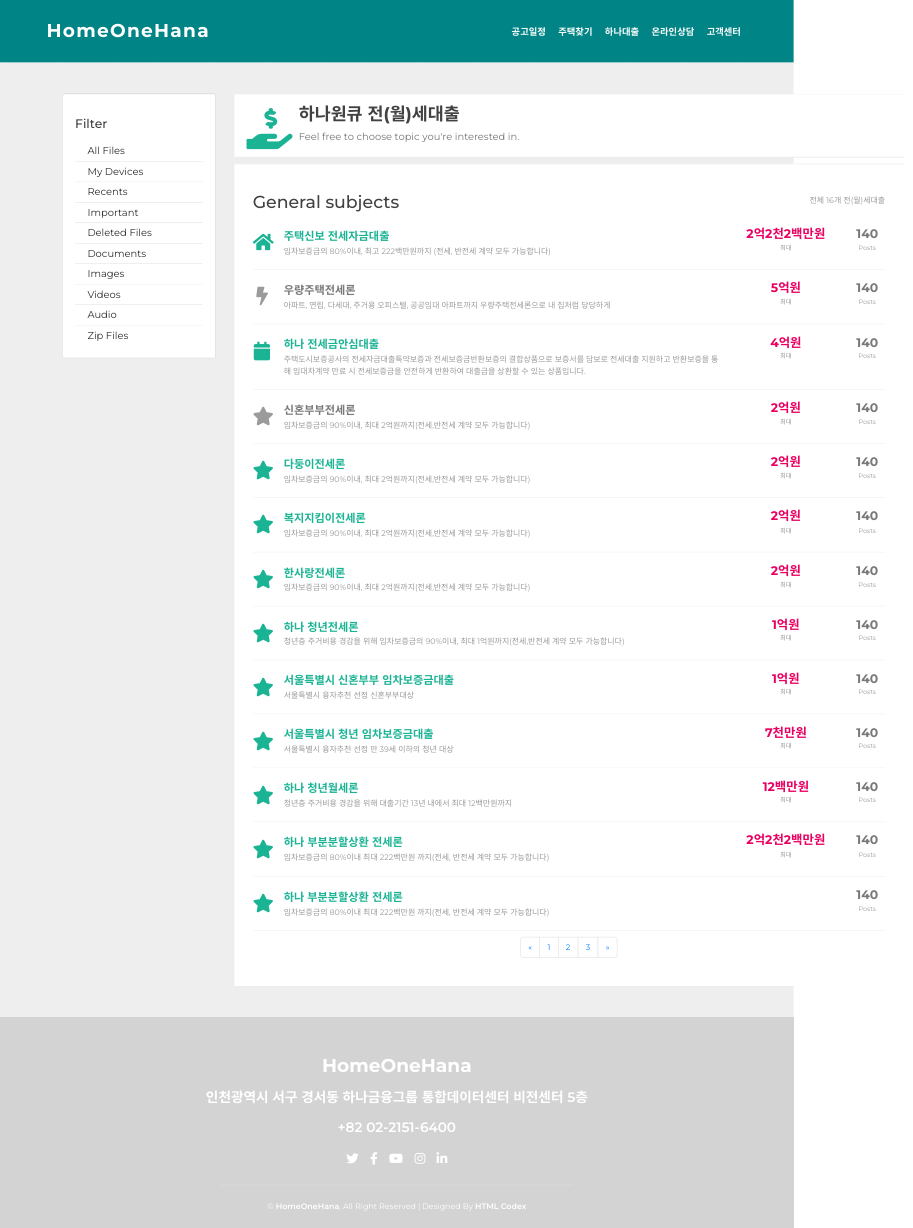
Repository: koposoftware/2021_10_syyoon
Page: http://localhost/HomeOneHana/WEB-INF/jsp/loan/loan.jsp
These files come from the project's save history. The page is drawn as it stood at one moment and after the next save; the edit follows.
The browser window is 1280 px wide. The page is 1473 px wide, so the pictures cover 1473 px, including what lies to the right of the window. The pictures show the whole page, at 62% of full size.
Some icons come from a web library that is not loaded, so they are not drawn. Some web libraries are served in a nearby version. The page is served by Tomcat 9. Nobody is signed in. Other server files are loaded and not shown. The template is opened directly, without the code that normally fills it, so the values that code supplies are empty.

Above is the page before, as saved 2021-09-14 05:12:50.

### project/Spring-mvc/HomeOneHana/src/main/webapp/WEB-INF/jsp/loan/loan.jsp
<%@ page language="java" contentType="text/html; charset=UTF-8"
    pageEncoding="UTF-8"%>
<!DOCTYPE html>
<html>
<head>
<meta charset="UTF-8">
<title>HomeOneHana::하나원큐 신용대출</title>
<link href="https://maxcdn.bootstrapcdn.com/font-awesome/4.3.0/css/font-awesome.min.css" rel="stylesheet">
<link href="${ pageContext.request.contextPath }/resources/css/top/menubg.css" rel="stylesheet">
<link href="${ pageContext.request.contextPath }/resources/css/loan/loan.css" rel="stylesheet">
</head>
<body>
	<header>
		<div class="limiter">
			<div class="container-login100">
				<div class="wrap-login100">
					<jsp:include page="../include/topMenu.jsp" />
				</div>
			</div>
		</div>

	</header>
	<section>
		<div class="body">
			<div class="container" style="display:flex;">
			<div class="col-12 col-lg-3">
				<div class="card">
					<div class="card-body">
						<div class="d-grid"><h5 class="my-3">Filter</h5></div>

						<div class="fm-menu">
							<div class="list-group list-group-flush"> <a href="javascript:;" class="list-group-item py-1"><i class="bx bx-folder me-2"></i><span>All Files</span></a>
								<a href="javascript:;" class="list-group-item py-1"><i class="bx bx-devices me-2"></i><span>My Devices</span></a>
								<a href="javascript:;" class="list-group-item py-1"><i class="bx bx-analyse me-2"></i><span>Recents</span></a>
								<a href="javascript:;" class="list-group-item py-1"><i class="bx bx-plug me-2"></i><span>Important</span></a>
								<a href="javascript:;" class="list-group-item py-1"><i class="bx bx-trash-alt me-2"></i><span>Deleted Files</span></a>
								<a href="javascript:;" class="list-group-item py-1"><i class="bx bx-file me-2"></i>
		                    <span>Documents</span></a>
								<a href="javascript:;" class="list-group-item py-1"><i class="bx bx-image me-2"></i><span>Images</span></a>
								<a href="javascript:;" class="list-group-item py-1"><i class="bx bx-video me-2"></i><span>Videos</span></a>
								<a href="javascript:;" class="list-group-item py-1"><i class="bx bx-music me-2"></i><span>Audio</span></a>
								<a href="javascript:;" class="list-group-item py-1"><i class="bx bx-beer me-2"></i><span>Zip Files</span></a>
							</div>
						</div>
					</div>
				</div>
				</div>


			    <div class="col-lg-12">
			        <div class="wrapper wrapper-content animated fadeInRight">

			            <div class="ibox-content m-b-sm border-bottom">
			                <div class="p-xs">
			                    <div class="pull-left m-r-md titleicon">
			                        <i class="fas fa-hand-holding-usd text-navy mid-icon"></i>
			                    </div>
			                    <h2>하나원큐 전(월)세대출</h2>
			                    <span>Feel free to choose topic you're interested in.</span>
			                </div>
			            </div>

			            <div class="ibox-content forum-container">

			                <div class="forum-title">
			                    <div class="pull-right forum-desc">
			                        <small>전체 16개 전(월)세대출</samll>
			                    </div>
			                    <h3>General subjects</h3>
			                </div>

			                <div class="forum-item active">
			                    <div class="row">
			                        <div class="col-md-9">
			                            <div class="forum-icon">
			                                <i class="fas fa-home"></i>
			                            </div>
			                            <a href="forum_post.html" class="forum-item-title">주택신보 전세자금대출</a>
			                            <div class="forum-sub-title">임차보증금의 80%이내, 최고 222백만원까지 (전세, 반전세 계약 모두 가능합니다)</div>
			                        </div>
			                        <div class="col-md-2 forum-info">
			                            <span class="views-number loanmax">
			                               2억2천2백만원
			                            </span>
			                            <div>
			                                <small>최대</small>
			                            </div>
			                        </div>

			                        <div class="col-md-1 forum-info">
			                            <span class="views-number">
			                                140
			                            </span>
			                            <div>
			                                <small>Posts</small>
			                            </div>
			                        </div>
			                    </div>
			                </div>

			                <div class="forum-item">
			                    <div class="row">
			                        <div class="col-md-9">
			                            <div class="forum-icon">
			                                <i class="fa fa-bolt"></i>
			                            </div>
			                            <a href="forum_post.html" class="forum-item-title">우량주택전세론</a>
			                            <div class="forum-sub-title">아파트, 연립, 다세대, 주거용 오피스텔, 공공임대 아파트까지 우량주택전세론으로 내 집처럼 당당하게</div>
			                        </div>
			                        <div class="col-md-2 forum-info">

				                            <span class="views-number loanmax">
				                               5억원
				                            </span>
				                            <div>
				                                <small>최대</small>
				                            </div>
				                     </div>


				                        <div class="col-md-1 forum-info">
				                            <span class="views-number">
				                                140
				                            </span>
				                            <div>
				                                <small>Posts</small>
				                            </div>
			                            </div>

			                    </div>
			                </div>
			                <div class="forum-item active">
			                    <div class="row">
			                        <div class="col-md-9">
			                            <div class="forum-icon">
			                                <i class="fa fa-calendar"></i>
			                            </div>
			                            <a href="forum_post.html" class="forum-item-title">하나 전세금안심대출</a>
			                            <div class="forum-sub-title">주택도시보증공사의 전세자금대출특약보증과 전세보증금반환보증의 결합상품으로 보증서를 담보로 전세대출 지원하고 반환보증을 통해 임대차계약 만료 시 전세보증금을 안전하게 반환하여 대출금을 상환할 수 있는 상품입니다. </div>
			                        </div>

			                        <div class="col-md-2 forum-info">
			                            <span class="views-number loanmax">
			                               4억원
			                            </span>
			                            <div>
			                                <small>최대</small>
			                            </div>
			                        </div>


			                        <div class="col-md-1 forum-info">
			                            <span class="views-number">
			                                140
			                            </span>
			                            <div>
			                                <small>Posts</small>
			                            </div>
			                        </div>

			                    </div>
			                </div>
			                <div class="forum-item">
			                    <div class="row">
			                        <div class="col-md-9">
			                            <div class="forum-icon">
			                                <i class="fa fa-star"></i>
			                            </div>
			                            <a href="forum_post.html" class="forum-item-title">신혼부부전세론</a>
			                            <div class="forum-sub-title">임차보증금의 90%이내, 최대 2억원까지(전세,반전세 계약 모두 가능합니다) </div>
			                        </div>

				                        <div class="col-md-2 forum-info">
				                            <span class="views-number loanmax">
				                               2억원
				                            </span>
				                            <div>
				                                <small>최대</small>
				                            </div>
				                        </div>

			                        <div class="col-md-1 forum-info">
			                            <span class="views-number">
			                                140
			                            </span>
			                            <div>
			                                <small>Posts</small>
			                            </div>
			                        </div>
				                </div>
				            </div>

				            <div class="forum-item active">
			                    <div class="row">
			                        <div class="col-md-9">
			                            <div class="forum-icon">
			                                <i class="fa fa-star"></i>
			                            </div>
			                            <a href="forum_post.html" class="forum-item-title">다둥이전세론</a>
			                            <div class="forum-sub-title">임차보증금의 90%이내, 최대 2억원까지(전세,반전세 계약 모두 가능합니다) </div>
			                        </div>

				                        <div class="col-md-2 forum-info">
				                            <span class="views-number loanmax">
				                               2억원
				                            </span>
				                            <div>
				                                <small>최대</small>
				                            </div>
				                        </div>

			                        <div class="col-md-1 forum-info">
			                            <span class="views-number">
			                                140
			                            </span>
			                            <div>
			                                <small>Posts</small>
			                            </div>
			                        </div>
				                </div>
				            </div>


				            <div class="forum-item active">
			                    <div class="row">
			                        <div class="col-md-9">
			                            <div class="forum-icon">
			                                <i class="fa fa-star"></i>
			                            </div>
			                            <a href="forum_post.html" class="forum-item-title">복지지킴이전세론</a>
			                            <div class="forum-sub-title">임차보증금의 90%이내, 최대 2억원까지(전세,반전세 계약 모두 가능합니다) </div>
			                        </div>

				                        <div class="col-md-2 forum-info">
				                            <span class="views-number loanmax">
				                               2억원
				                            </span>
				                            <div>
				                                <small>최대</small>
				                            </div>
				                        </div>

			                        <div class="col-md-1 forum-info">
			                            <span class="views-number">
			                                140
			                            </span>
			                            <div>
			                                <small>Posts</small>
			                            </div>
			                        </div>
				                </div>
				            </div>

				            <div class="forum-item active">
			                    <div class="row">
			                        <div class="col-md-9">
			                            <div class="forum-icon">
			                                <i class="fa fa-star"></i>
			                            </div>
			                            <a href="forum_post.html" class="forum-item-title">한사랑전세론</a>
			                            <div class="forum-sub-title">임차보증금의 90%이내, 최대 2억원까지(전세,반전세 계약 모두 가능합니다) </div>
			                        </div>

				                        <div class="col-md-2 forum-info">
				                            <span class="views-number loanmax">
				                               2억원
				                            </span>
				                            <div>
				                                <small>최대</small>
				                            </div>
				                        </div>

			                        <div class="col-md-1 forum-info">
			                            <span class="views-number">
			                                140
			                            </span>
			                            <div>
			                                <small>Posts</small>
			                            </div>
			                        </div>
				                </div>
				            </div>


				             <div class="forum-item active">
			                    <div class="row">
			                        <div class="col-md-9">
			                            <div class="forum-icon">
			                                <i class="fa fa-star"></i>
			                            </div>
			                            <a href="forum_post.html" class="forum-item-title">하나 청년전세론</a>
			                            <div class="forum-sub-title">청년층 주거비용 경감을 위해 임차보증금의 90%이내, 최대 1억원까지(전세,반전세 계약 모두 가능합니다) </div>
			                        </div>

				                        <div class="col-md-2 forum-info">
				                            <span class="views-number loanmax">
				                               1억원
				                            </span>
				                            <div>
				                                <small>최대</small>
				                            </div>
				                        </div>

			                        <div class="col-md-1 forum-info">
			                            <span class="views-number">
			                                140
			                            </span>
			                            <div>
			                                <small>Posts</small>
			                            </div>
			                        </div>
				                </div>
				            </div>

				            <div class="forum-item active">
			                    <div class="row">
			                        <div class="col-md-9">
			                            <div class="forum-icon">
			                                <i class="fa fa-star"></i>
			                            </div>
			                            <a href="forum_post.html" class="forum-item-title">서울특별시 신혼부부 임차보증금대출</a>
			                            <div class="forum-sub-title">서울특별시 융자추천 선정 신혼부부대상 </div>
			                        </div>

				                        <div class="col-md-2 forum-info">
				                            <span class="views-number loanmax">
				                               1억원
				                            </span>
				                            <div>
				                                <small>최대</small>
				                            </div>
				                        </div>

			                        <div class="col-md-1 forum-info">
			                            <span class="views-number">
			                                140
			                            </span>
			                            <div>
			                                <small>Posts</small>
			                            </div>
			                        </div>
				                </div>
				            </div>

				            <div class="forum-item active">
			                    <div class="row">
			                        <div class="col-md-9">
			                            <div class="forum-icon">
			                                <i class="fa fa-star"></i>
			                            </div>
			                            <a href="forum_post.html" class="forum-item-title">서울특별시 청년 임차보증금대출</a>
			                            <div class="forum-sub-title">서울특별시 융자추천 선정 만 39세 이하의 청년 대상 </div>
			                        </div>

				                        <div class="col-md-2 forum-info">
				                            <span class="views-number loanmax">
				                               7천만원
				                            </span>
				                            <div>
				                                <small>최대</small>
				                            </div>
				                        </div>

			                        <div class="col-md-1 forum-info">
			                            <span class="views-number">
			                                140
			                            </span>
			                            <div>
			                                <small>Posts</small>
			                            </div>
			                        </div>
				                </div>
				            </div>


				            <div class="forum-item active">
			                    <div class="row">
			                        <div class="col-md-9">
			                            <div class="forum-icon">
			                                <i class="fa fa-star"></i>
			                            </div>
			                            <a href="forum_post.html" class="forum-item-title">하나 청년월세론</a>
			                            <div class="forum-sub-title">청년층 주거비용 경감을 위해 대출기간 13년 내에서 최대 12백만원까지 </div>
			                        </div>

				                        <div class="col-md-2 forum-info">
				                            <span class="views-number loanmax">
				                               12백만원
				                            </span>
				                            <div>
				                                <small>최대</small>
				                            </div>
				                        </div>

			                        <div class="col-md-1 forum-info">
			                            <span class="views-number">
			                                140
			                            </span>
			                            <div>
			                                <small>Posts</small>
			                            </div>
			                        </div>
				                </div>
				            </div>

				            <div class="forum-item active">
			                    <div class="row">
			                        <div class="col-md-9">
			                            <div class="forum-icon">
			                                <i class="fa fa-star"></i>
			                            </div>
			                            <a href="forum_post.html" class="forum-item-title">하나 부분분할상환 전세론</a>
			                            <div class="forum-sub-title">임차보증금의 80%이내 최대 222백만원 까지(전세, 반전세 계약 모두 가능합니다) </div>
			                        </div>

				                        <div class="col-md-2 forum-info">
				                            <span class="views-number loanmax">
				                               2억2천2백만원
				                            </span>
				                            <div>
				                                <small>최대</small>
				                            </div>
				                        </div>

			                        <div class="col-md-1 forum-info">
			                            <span class="views-number">
			                                140
			                            </span>
			                            <div>
			                                <small>Posts</small>
			                            </div>
			                        </div>
				                </div>
				            </div>


				            <div class="forum-item active">
			                    <div class="row">
			                        <div class="col-md-9">
			                            <div class="forum-icon">
			                                <i class="fa fa-star"></i>
			                            </div>
			                            <a href="forum_post.html" class="forum-item-title">하나 부분분할상환 전세론</a>
			                            <div class="forum-sub-title">임차보증금의 80%이내 최대 222백만원 까지(전세, 반전세 계약 모두 가능합니다) </div>
			                        </div>

				                        <div class="col-md-2 forum-info">

				                        </div>

			                        <div class="col-md-1 forum-info">
			                            <span class="views-number">
			                                140
			                            </span>
			                            <div>
			                                <small>Posts</small>
			                            </div>
			                        </div>
				                </div>
				            </div>

			            	<div class="pagebtn">
				                <nav aria-label="Page navigation example">
								  <ul class="pagination" style="justify-content: center;">
								    <li class="page-item">
								      <a class="page-link" href="#" aria-label="Previous">
								        <span aria-hidden="true">&laquo;</span>
								        <span class="sr-only">Previous</span>
								      </a>
								    </li>
								    <li class="page-item"><a class="page-link" href="#">1</a></li>
								    <li class="page-item"><a class="page-link" href="#">2</a></li>
								    <li class="page-item"><a class="page-link" href="#">3</a></li>
								    <li class="page-item">
								      <a class="page-link" href="#" aria-label="Next">
								        <span aria-hidden="true">&raquo;</span>
								        <span class="sr-only">Next</span>
								      </a>
								    </li>
								  </ul>
								</nav>
							</div>



			        </div>
			    </div>
			   </div>
		</div>
		</div>
	</section>
	<footer>
		<jsp:include page="../include/bottomMenu.jsp" />
	</footer>
</body>
</html>

### project/Spring-mvc/HomeOneHana/src/main/webapp/resources/css/top/menubg.css
@charset "UTF-8";


header{
	height:101px;
	background-color:#008485;
}
@media(max-width:992px){
	header{
		height:70px;
	}
}

Loaded but not shown: project/Spring-mvc/HomeOneHana/src/main/webapp/resources/lib/animate/animate.min.css (library); project/Spring-mvc/HomeOneHana/src/main/webapp/resources/lib/owlcarousel/assets/owl.carousel.min.css (common file); project/Spring-mvc/HomeOneHana/src/main/webapp/resources/lib/lightbox/css/lightbox.min.css (common file); project/Spring-mvc/HomeOneHana/src/main/webapp/resources/lib/easing/easing.min.js (common file); project/Spring-mvc/HomeOneHana/src/main/webapp/resources/lib/wow/wow.min.js (library); project/Spring-mvc/HomeOneHana/src/main/webapp/resources/lib/waypoints/waypoints.min.js (library); project/Spring-mvc/HomeOneHana/src/main/webapp/resources/lib/typed/typed.min.js (library); project/Spring-mvc/HomeOneHana/src/main/webapp/resources/lib/owlcarousel/owl.carousel.min.js (library); project/Spring-mvc/HomeOneHana/src/main/webapp/resources/lib/isotope/isotope.pkgd.min.js (library); project/Spring-mvc/HomeOneHana/src/main/webapp/resources/lib/lightbox/js/lightbox.min.js (library); project/Spring-mvc/HomeOneHana/src/main/webapp/resources/mail/jqBootstrapValidation.min.js (library); project/Spring-mvc/HomeOneHana/src/main/webapp/resources/js/main.js (108 lines, source omitted); project/Spring-mvc/HomeOneHana/src/main/webapp/resources/mail/contact.js (65 lines, source omitted); project/Spring-mvc/HomeOneHana/src/main/webapp/resources/css/style.css (1648 lines, source omitted); project/Spring-mvc/HomeOneHana/src/main/webapp/resources/css/loan/loan.css (230 lines, source omitted); project/Spring-mvc/HomeOneHana/src/main/webapp/WEB-INF/jsp/include/topMenu.jsp (60 lines, source omitted); project/Spring-mvc/HomeOneHana/src/main/webapp/WEB-INF/jsp/include/bottomMenu.jsp (56 lines, source omitted)

After the next save:
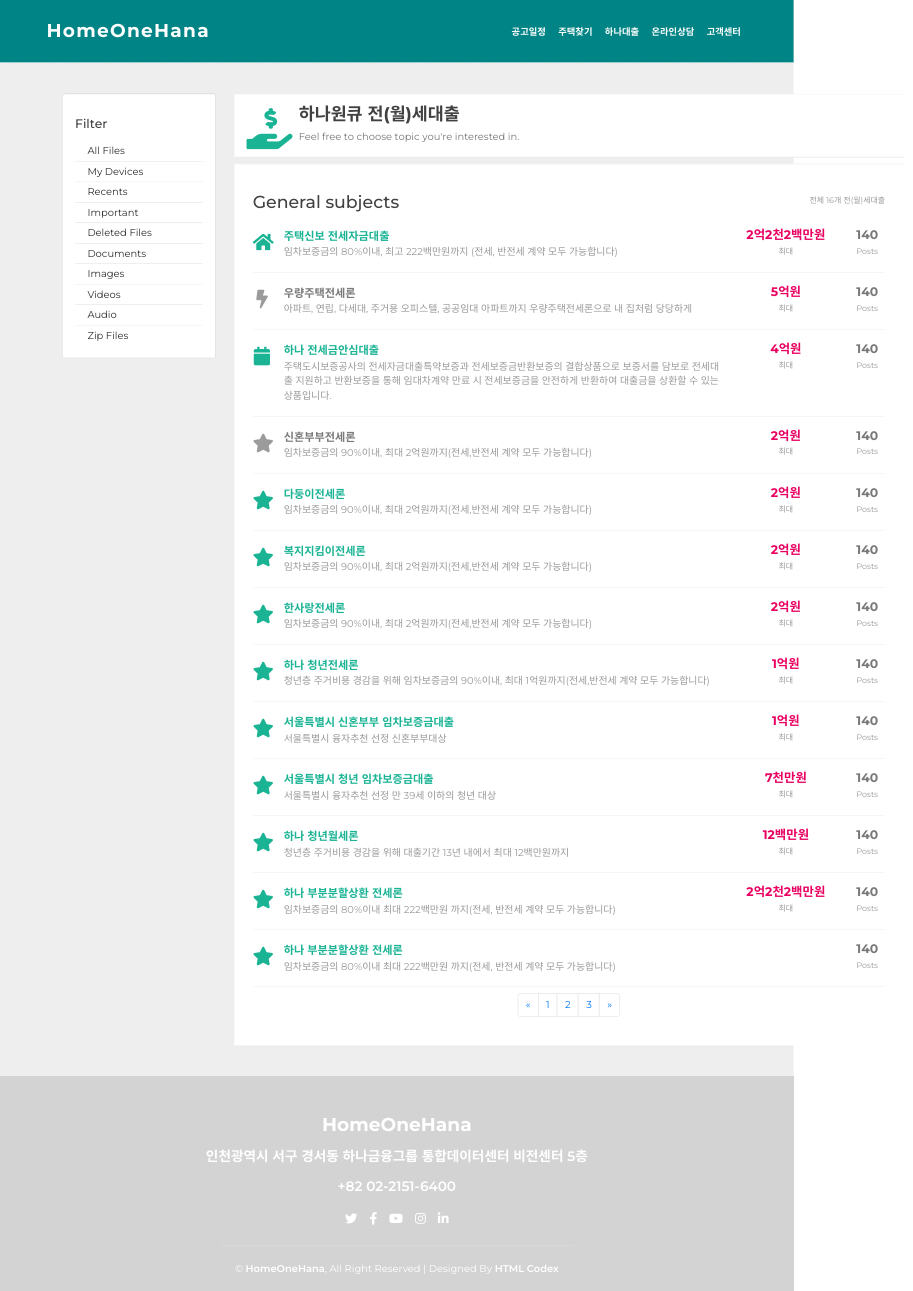
Saved 4 s later.
--- a/project/Spring-mvc/HomeOneHana/src/main/webapp/WEB-INF/jsp/loan/loan.jsp
+++ b/project/Spring-mvc/HomeOneHana/src/main/webapp/WEB-INF/jsp/loan/loan.jsp
@@ -64,7 +64,7 @@
 
 			                <div class="forum-title">
 			                    <div class="pull-right forum-desc">
-			                        <small>전체 16개 전(월)세대출</samll>
+			                        <small>전체 16개 전(월)세대출</small>
 			                    </div>
 			                    <h3>General subjects</h3>
 			                </div>
